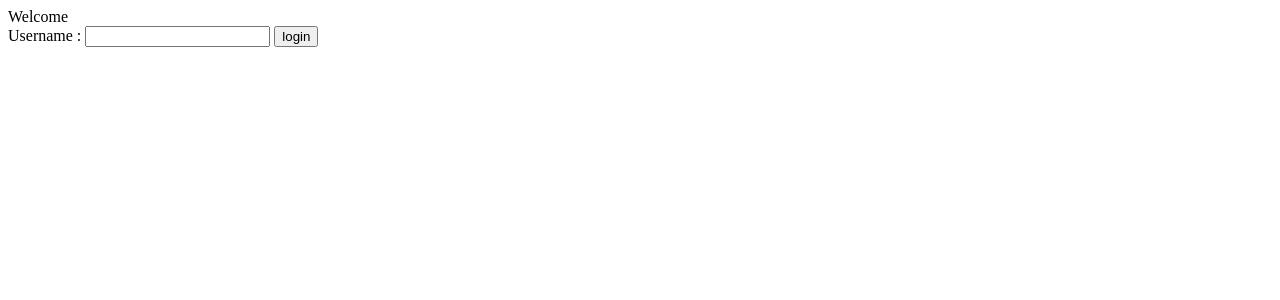
Repository: Rama-13/LaunchPadAllFiles
Page: java-workspace/JSPtrials/WebContent/index.html
These files come from the project's save history. The page is drawn as it stood at one moment and after the next save; the edit follows.
The browser window is 1280 px wide. The pictures show the whole page.

Above is the page before, as saved 2019-07-29 11:47:54.

After the next save:
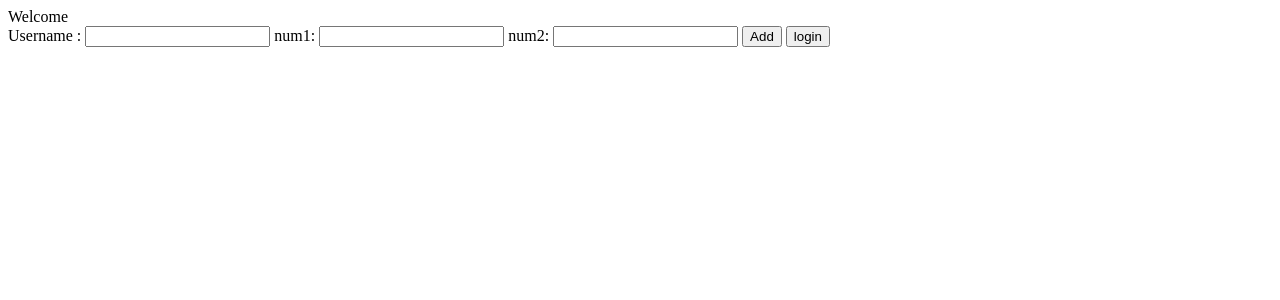
Saved 16 h 35 min later.
--- a/java-workspace/JSPtrials/WebContent/index.html
+++ b/java-workspace/JSPtrials/WebContent/index.html
@@ -8,6 +8,9 @@
 <body>
 <form action = "display.jsp">
 Username : <input type = "text" name = "username">
+num1: <input type = "text" name = "num1">
+num2: <input type = "text" name = "num2">
+<input type = "submit" value = "Add">
 <input type = "submit" value = "login">
 </form>
 </body>
